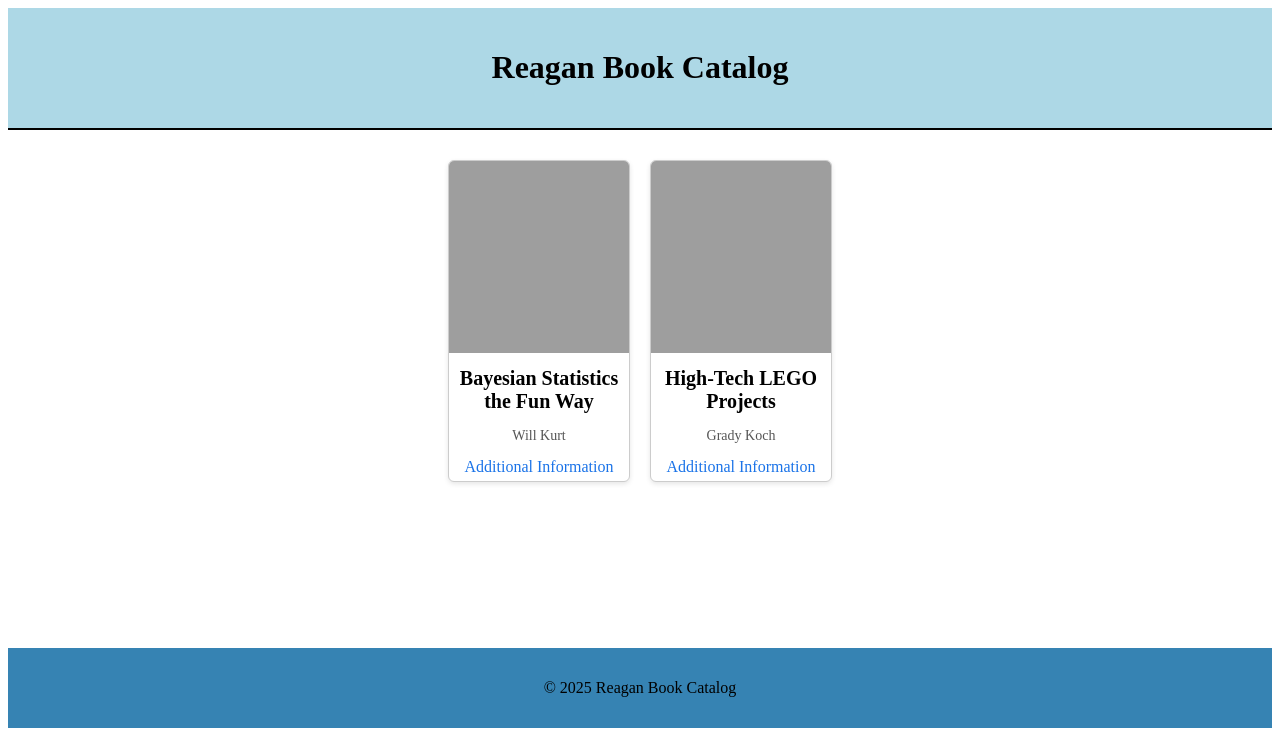
Repository: antyc0817/COMP-3170-Assignment-2-Reagan
Page: /
An editor plug-in stored every save of this project. The page is shown before and after the next save, followed by the edit.
The browser window is 1280 px wide. The pictures show the whole page.
The pointer rests on the first visible `.book`.
Pictures or frames that could not be fetched are drawn as grey boxes. The project was rebuilt for these pictures with package versions that can differ from the ones it lists, and the page was loaded fresh each time. Also part of the build but not shown: vite.config.js, src/index.css.

Above is the page before, as saved 2025-09-10 22:54:30.

After the next save:
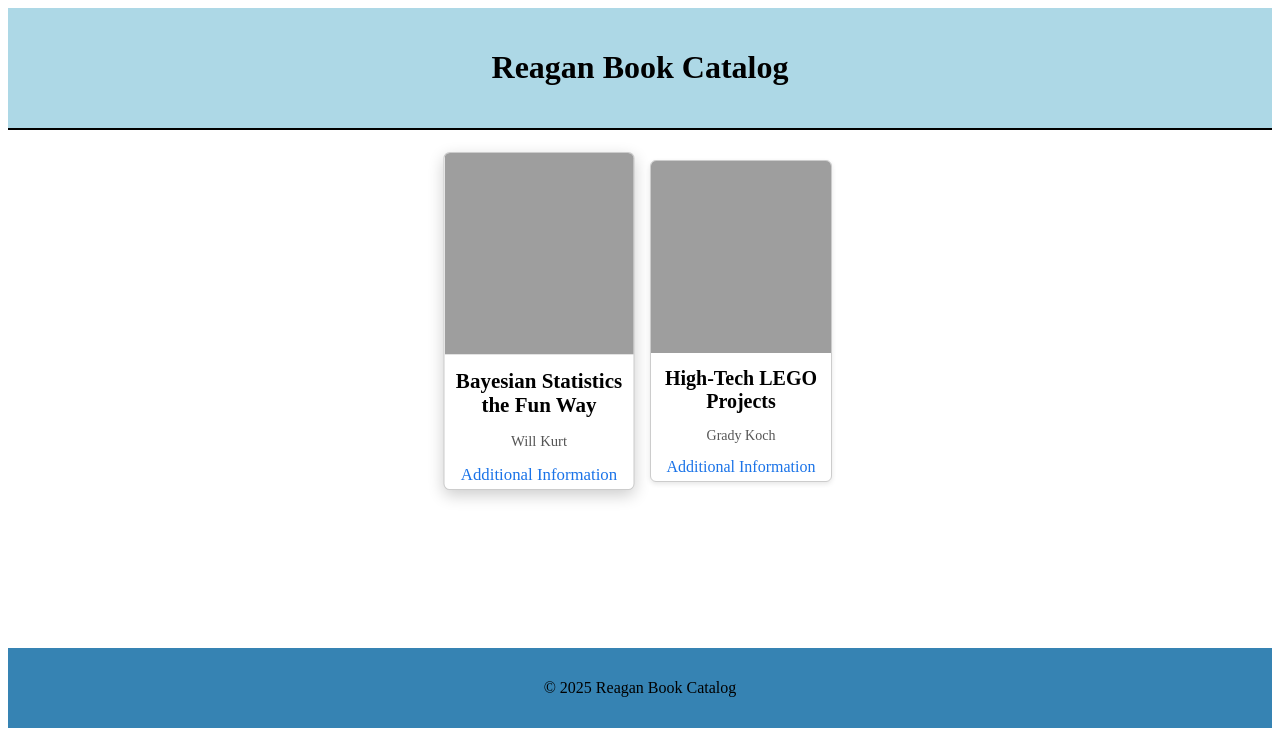
Saved 94 s later.
--- a/src/App.css
+++ b/src/App.css
@@ -69,3 +69,9 @@
     margin-bottom: 5px;
     font-weight: 500;
 }
+
+.book:hover {
+    transform: scale(1.05);
+    box-shadow: 0 5px 15px rgba(0, 0, 0, 0.2);
+    transition: transform 0.2s ease, box-shadow 0.2s ease;
+}
